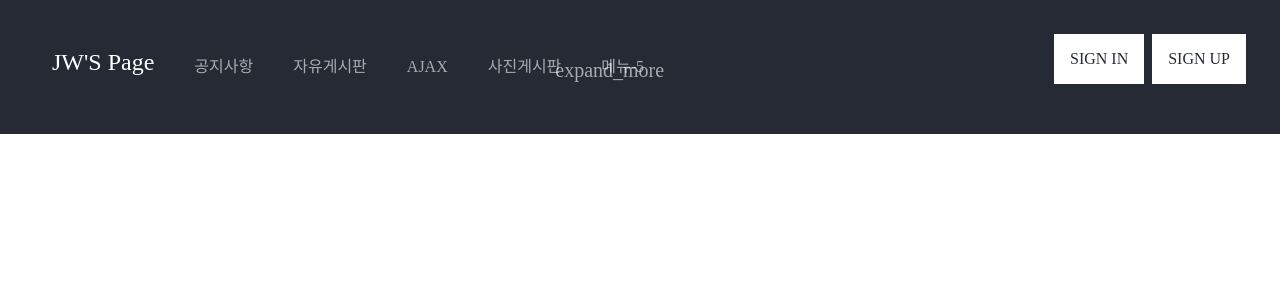
Repository: JWbase/Web_JAVA
Page: http://localhost/07_mvc2WebProject/photoList.do
The author's editor kept a copy of each file at every save. The page is drawn from the files as they stood at one save, then again after the next save.
The browser window is 1280 px wide. The pictures show the whole page.
Some web fonts or font styles are not loaded; a fallback is used. The page is served by Tomcat 9. Other server files are loaded and not shown. Queries for data that is not in the repository find no rows.

Above is the page before, as saved 2022-09-06 08:58:44.

### 07_mvc2WebProject/src/main/webapp/WEB-INF/views/photo/photoList.jsp
<%@ page language="java" contentType="text/html; charset=UTF-8"
    pageEncoding="UTF-8"%>
<!DOCTYPE html>
<html>
<head>
<meta charset="UTF-8">
<title>Insert title here</title>
</head>
<body>
	<%@include file="/WEB-INF/views/common/header.jsp" %>
</body>
</html>

### 07_mvc2WebProject/src/main/webapp/WEB-INF/views/common/header.jsp
<%@page import="kr.or.iei.member.model.vo.Member"%>
<%@ page language="java" contentType="text/html; charset=UTF-8"
	pageEncoding="UTF-8"%>
<%
Member m = (Member) session.getAttribute("m");
%>
<!-- 구글 아이콘 -->
<link href="https://fonts.googleapis.com/icon?family=Material+Icons"
	rel="stylesheet">
<!-- jquery -->
<script src="/js/jquery-3.6.0.js"></script>
<!-- 기본 CSS -->
<link rel="stylesheet" href="/css/default.css" />
<!-- 기본 js -->
<script src="/js/default.js"></script>
<header>
	<div class="site-logo">
		<a href="/">JW'S Page</a>
	</div>
	<nav>
		<ul class="navi">
			<li><a href="/noticeList.do?reqPage=1">공지사항</a></li>
			<li><a href="#">자유게시판</a></li>
			<li><a href="/ajax.do">AJAX</a></li>
			<li><a href="/photoList.do"">사진게시판</a></li>
			<li><a href="#">메뉴-5</a>
				<ul class="sub-navi">
					<li><a href="#">sub-1</a></li>
					<li><a href="#">sub-2</a></li>
					<li><a href="#">sub-3</a></li>
				</ul></li>
		</ul>
	</nav>
	<div class="header-link">
		<%
		if (m == null) {
		%>
		<button class="btn bc11 modal-open-btn" target="#login-modal">SIGN
			IN</button>
		<a class="btn bc11" href="/signupFrm.do">SIGN UP</a>
		<%
		} else {
		%>
		<%-- <a class="btn bc11" href="/mypage1.do"><%=m.getMemberName()%></a> --%>
		<a class="btn bc11" href="/mypage2.do?memberId=<%=m.getMemberId()%>"><%=m.getMemberName()%></a>
		<a class="btn bc11" href="/logout.do">LOGOUT</a>
		<%
		}
		%>
	</div>
</header>
<%
if (m == null) {
%>
<div id="login-modal" class="modal-bg">
	<div class="modal-wrap">
		<div class="modal-head">
			<h2>SIGN IN</h2>
			<span class="material-icons close-icon modal-close">close</span>
		</div>
		<form action="/signIn.do" method="post">
			<div class="modal-content">
				<div class="input-box">
					<label for="signId">아이디</label> <input type="text" name="signId"
						class="input-form" placeholder="아이디입력">
				</div>
				<div class="input-box">
					<label for="signPw">비밀번호</label> <input type="password"
						name="signPw" class="input-form" placeholder="비밀번호입력">
				</div>
				<div class="input-box link-box">
					<a href="#">아이디/비밀번호 찾기</a>
				</div>
			</div>
			<div class="modal-foot">
				<button type="submit" class="btn bc11">로그인</button>
				<button type="button" class="btn bc1 modal-close">취소</button>
			</div>
		</form>
	</div>
</div>
<%
}
%>

### 07_mvc2WebProject/src/main/java/kr/or/iei/photo/controller/PhotoListServlet.java
package kr.or.iei.photo.controller;

import java.io.IOException;

import javax.servlet.RequestDispatcher;
import javax.servlet.ServletException;
import javax.servlet.annotation.WebServlet;
import javax.servlet.http.HttpServlet;
import javax.servlet.http.HttpServletRequest;
import javax.servlet.http.HttpServletResponse;

import kr.or.iei.photo.model.service.PhotoService;

/**
 * Servlet implementation class PhotoListServlet
 */
@WebServlet(name = "PhotoList", urlPatterns = { "/photoList.do" })
public class PhotoListServlet extends HttpServlet {
	private static final long serialVersionUID = 1L;

	/**
	 * @see HttpServlet#HttpServlet()
	 */
	public PhotoListServlet() {
		super();
		// TODO Auto-generated constructor stub
	}

	/**
	 * @see HttpServlet#doGet(HttpServletRequest request, HttpServletResponse
	 *      response)
	 */
	protected void doGet(HttpServletRequest request, HttpServletResponse response)
			throws ServletException, IOException {
		// 1. 인코딩
		request.setCharacterEncoding("utf-8");

		// 2. 값추출
		// 3. 비즈니스로직
		PhotoService service = new PhotoService();
		int totalCount = service.totalCount();
		// 4. 결과처리
		RequestDispatcher view = request.getRequestDispatcher("/WEB-INF/views/photo/photoList.jsp");
		request.setAttribute("totalCount", totalCount);
		view.forward(request, response);
	}

	/**
	 * @see HttpServlet#doPost(HttpServletRequest request, HttpServletResponse
	 *      response)
	 */
	protected void doPost(HttpServletRequest request, HttpServletResponse response)
			throws ServletException, IOException {
		// TODO Auto-generated method stub
		doGet(request, response);
	}

}

### 07_mvc2WebProject/src/main/java/kr/or/iei/photo/model/service/PhotoService.java
package kr.or.iei.photo.model.service;

import java.sql.Connection;
import java.util.ArrayList;

import common.JDBCTemplate;
import kr.or.iei.photo.model.dao.PhotoDao;
import kr.or.iei.photo.model.vo.Photo;

public class PhotoService {
	private PhotoDao dao;

	public PhotoService() {
		super();
		dao = new PhotoDao();
	}

	public PhotoService(PhotoDao dao) {
		super();
		this.dao = dao;
	}

	public int totalCount() {
		Connection conn = JDBCTemplate.getConnection();
		int totalCount = dao.totalCount(conn);
		JDBCTemplate.close(conn);
		return totalCount;
	}

	public int insertPhoto(Photo p) {
		Connection conn = JDBCTemplate.getConnection();
		int result = dao.insertPhoto(conn, p);
		if (result > 0) {
			JDBCTemplate.commit(conn);
		} else {
			JDBCTemplate.rollback(conn);
		}
		JDBCTemplate.close(conn);
		return result;
	}

	public ArrayList<Photo> PhotoMore(int start, int amount) {
		Connection conn = JDBCTemplate.getConnection();
		int end = start + amount - 1;
		ArrayList<Photo> list = dao.morePhoto(conn, start, end);
		JDBCTemplate.close(conn);
		return list;
	}

}

### 07_mvc2WebProject/src/main/java/kr/or/iei/photo/model/dao/PhotoDao.java
package kr.or.iei.photo.model.dao;

import java.sql.Connection;
import java.sql.PreparedStatement;
import java.sql.ResultSet;
import java.sql.SQLException;
import java.util.ArrayList;

import common.JDBCTemplate;
import kr.or.iei.photo.model.vo.Photo;

public class PhotoDao {

	public PhotoDao() {
		super();
		// TODO Auto-generated constructor stub
	}

	public int totalCount(Connection conn) {
		PreparedStatement pstmt = null;
		ResultSet rset = null;
		int totalCount = 0;
		String query = "select count(*) as cnt from photo";
		try {
			pstmt = conn.prepareStatement(query);
			rset = pstmt.executeQuery();
			if (rset.next()) {
				totalCount = rset.getInt("cnt");
			}
		} catch (SQLException e) {
			// TODO Auto-generated catch block
			e.printStackTrace();
		} finally {
			JDBCTemplate.close(rset);
			JDBCTemplate.close(pstmt);
		}

		return totalCount;
	}

	public int insertPhoto(Connection conn, Photo p) {
		PreparedStatement pstmt = null;
		int result = 0;
		String query = "insert into photo values(photo_seq.nextval,?,?,?,?)";
		try {
			pstmt = conn.prepareStatement(query);
			pstmt.setString(1, p.getPhotoWriter());
			pstmt.setString(2, p.getPhotoTitle());
			pstmt.setString(3, p.getPhotoContent());
			pstmt.setString(4, p.getFilepath());
			result = pstmt.executeUpdate();
		} catch (SQLException e) {
			// TODO Auto-generated catch block
			e.printStackTrace();
		} finally {
			JDBCTemplate.close(pstmt);
		}
		return result;
	}

	public ArrayList<Photo> morePhoto(Connection conn, int start, int end) {
		PreparedStatement pstmt = null;
		ResultSet rset = null;
		ArrayList<Photo> list = new ArrayList<Photo>();
		String query = "select * from (select rownum as rnum, p.* from (select * from photo order by 1 desc)p) where rnum between ? and ?";
		try {
			pstmt = conn.prepareStatement(query);
			pstmt.setInt(1, start);
			pstmt.setInt(2, end);
			rset = pstmt.executeQuery();
			while (rset.next()) {
				Photo p = new Photo();
				p.setFilepath(rset.getString("filepath"));
				p.setPhotoContent(rset.getString("photo_content"));
				p.setPhotoNo(rset.getInt("photo_no"));
				p.setPhotoTitle(rset.getString("photo_title"));
				p.setPhotoWriter(rset.getString("photo_writer"));
				list.add(p);
			}
		} catch (SQLException e) {
			// TODO Auto-generated catch block
			e.printStackTrace();
		} finally {
			JDBCTemplate.close(rset);
			JDBCTemplate.close(pstmt);
		}
		return list;
	}

}

### 07_mvc2WebProject/src/main/java/common/JDBCTemplate.java
package common;

import java.sql.Connection;
import java.sql.DriverManager;
import java.sql.ResultSet;
import java.sql.SQLException;
import java.sql.Statement;

public class JDBCTemplate {

	// Connection 객체를 생성해서 리턴하는 메소드
	public static Connection getConnection() {
		Connection conn = null;
		try {
			Class.forName("oracle.jdbc.driver.OracleDriver");
			conn = DriverManager.getConnection("jdbc:oracle:thin:@127.0.0.1:1521:xe", "webserver", "1234");
			conn.setAutoCommit(false); // 자동으로 commit하는 기능 비활성화
		} catch (ClassNotFoundException e) {
			// TODO Auto-generated catch block
			e.printStackTrace();
		} catch (SQLException e) {
			// TODO Auto-generated catch block
			e.printStackTrace();
		}
		return conn;
	}

	public static void commit(Connection conn) {
		try {
			if (conn != null && !conn.isClosed()) {
				conn.commit();
			}
		} catch (SQLException e) {
			// TODO Auto-generated catch block
			e.printStackTrace();
		}
	} // commit 메소드 종료

	public static void rollback(Connection conn) {
		try {
			if (conn != null && !conn.isClosed()) {
				conn.rollback();
			}
		} catch (SQLException e) {
			// TODO Auto-generated catch block
			e.printStackTrace();
		}
	} // rollback 메소드 종료

	public static void close(Connection conn) {
		try {
			if (conn != null && !conn.isClosed()) {
				conn.close();
			}
		} catch (SQLException e) {
			// TODO Auto-generated catch block
			e.printStackTrace();
		}
	}

	public static void close(Statement pstmt) {
		try {
			if (pstmt != null && !pstmt.isClosed()) {
				pstmt.close();
			}
		} catch (SQLException e) {
			// TODO Auto-generated catch block
			e.printStackTrace();
		}
	}

	public static void close(ResultSet rset) {
		try {
			if (rset != null && !rset.isClosed()) {
				rset.close();
			}
		} catch (SQLException e) {
			// TODO Auto-generated catch block
			e.printStackTrace();
		}
	}
}

### 07_mvc2WebProject/src/main/webapp/css/default.css
/* 사용할 font 선언 */
@font-face {
  font-family: ns-thin;
  src: url(../font/NotoSansKR-Thin.otf);
}
@font-face {
  font-family: ns-light;
  src: url(../font/NotoSansKR-Light.otf);
}
@font-face {
  font-family: ns-m;
  src: url(../font/NotoSansKR-Medium.otf);
}
@font-face {
  font-family: ns-bold;
  src: url(../font/NotoSansKR-Bold.otf);
}
@font-face {
  font-family: ns-black;
  src: url(../font/NotoSansKR-Black.otf);
}
/*
    사이트 사용 색상
    balck : #252A34
    darkgray : #393E46
    lightgray : #EEEEEE
    dark-mint : #00ADB5
    mint : #08D9D6
    point-red : #FF2E63
    point-pink : #F85F73
    point-violet : #892CDC
*/
/* 전체태그 기본 margin, padding 제거 */
/* 기본 글씨 색 및 폰트 설정 */

* {
  margin: 0;
  padding: 0;
  color: #252a34;
  font-family: ns-m;
}
body {
  display: flex;
  flex-direction: column;
  min-height: 100vh;
}
/* 기본화면 레이아웃 */
a {
  text-decoration: none;
}
header {
  background-color: #252a34;
  padding: 32px;
  display: flex;
  min-width: 1200px;
}
header > *:not(.header-link) {
  float: left;
}
header > .site-logo {
  padding: 0px 20px;
}
header > .site-logo > a {
  color: #fff;
  font-family: ns-bold;
  font-size: 24px;
  line-height: 60px;
}
header > nav {
  flex-grow: 1;
}

header > nav > .navi {
  list-style-type: none;
}
header > nav > .navi > li {
  float: left;
  position: relative;
}
header > nav > .navi > li > a {
  display: block;
  color: rgba(255, 255, 255, 0.6);
  padding: 5px 20px;
  transition-duration: 0.5s;
  line-height: 60px;
}
header > nav > .navi > li:hover > a,
header > nav > .navi > li:hover > a + span {
  color: rgba(255, 255, 255, 1);
}
header > nav > .navi > li:hover > .sub-navi {
  display : block;
}
header > nav .sub-navi {
  position: absolute;
  background-color: #fff;
  list-style-type: none;
  display: none;
  border: 1px solid rgba(0, 0, 0, 0.2);
  left: 10px;
  min-width: 10rem;
}
header > nav .sub-navi > li {
  padding: 0.25rem 1rem;
}
header > nav .sub-navi > li > a {
  display: block;
}
header > nav .sub-navi > li:hover {
  background-color: rgba(0, 0, 0, 0.05);
}
.material-icons.dropdown {
  font-size: 20px;
  color: rgba(255, 255, 255, 0.6);
  position: absolute;
  right: 0px;
  top: 27px;
  transition-duration: 0.5s;
}
.material-icons.dropdown:hover {
  cursor: pointer;
}
.page-content {
  width: 1200px;
  margin: 30px auto;
  margin-bottom: 10px;
  flex-grow: 1;
}
.page-title {
  font-family: ns-bold;
  padding: 20px 0px;
  font-size: 1.5rem;
}
footer {
  padding: 50px;
  border-top: 1px solid #252a34;
}
footer > .footer-content {
  width: 1200px;
  margin: 0 auto;
  padding: 0px 10px;
}
footer > .footer-content * {
  font-size: 14px;
}
footer > .footer-content > ul {
  list-style-type: none;
  overflow: hidden;
  margin-bottom: 20px;
}
footer > .footer-content > ul > li {
  float: left;
}
footer > .footer-content > ul > li > a {
  padding-right: 20px;
}

/* font 클래스*/
.f-thin {
  font-family: ns-thin;
}
.f-light {
  font-family: ns-light;
}
.f-medium {
  font-family: ns-m;
}
.f-bold {
  font-family: ns-bold;
}
.f-black {
  font-family: ns-black;
}

/* 글씨 색 */
.fc-1 {
  color: #252a34;
}
.fc-2 {
  color: #393e46;
}
.fc-3 {
  color: #eeeeee;
}
.fc-4 {
  color: #00adb5;
}
.fc-5 {
  color: #08d9d6;
}
.fc-6 {
  color: #ff2e63;
}
.fc-7 {
  color: #f85f73;
}
.fc-8 {
  color: #892cdc;
}

/* 배경 색*/
.bg-1 {
  background-color: #252a34;
}
.bg-2 {
  background-color: #393e46;
}
.bg-3 {
  background-color: #eeeeee;
}
.bg-4 {
  background-color: #00adb5;
}
.bg-5 {
  background-color: #08d9d6;
}
.bg-6 {
  background-color: #ff2e63;
}
.bg-7 {
  background-color: #f85f73;
}
.bg-8 {
  background-color: #892cdc;
}

/* 테이블 디자인 */
.tbl {
  width: 100%;
  border-spacing: 0px;
  border-collapse: collapse;
}
.tbl th,
.tbl td {
  padding: 1rem;
  text-align: center;
}
.tbl .tr-1 {
  background-color: rgba(255, 255, 255, 1);
}
.tbl .tr-2 {
  background-color: rgba(57, 62, 70, 0.1);
}
.tbl .tr-3 {
  background-color: rgba(0, 173, 181, 0.1);
}
.tbl .tr-4 {
  background-color: rgba(137, 44, 220, 0.1);
}
.tbl .tr-5 {
  background-color: rgba(255, 46, 999, 0.1);
}
.tbl .td-1 {
  background-color: rgba(255, 255, 255, 1);
}
.tbl .td-2 {
  background-color: rgba(57, 62, 70, 0.1);
}
.tbl .td-3 {
  background-color: rgba(0, 173, 181, 0.1);
}
.tbl .td-4 {
  background-color: rgba(137, 44, 220, 0.1);
}
.tbl .td-5 {
  background-color: rgba(255, 46, 999, 0.1);
}
.tbl.tbl-hover .tr-1:hover {
  background-color: rgba(0, 0, 0, 0.05);
}
.tbl.tbl-hover .tr-2:hover {
  background-color: rgba(57, 62, 70, 0.15);
}
.tbl.tbl-hover .tr-3:hover {
  background-color: rgba(0, 173, 181, 0.15);
}
.tbl.tbl-hover .tr-4:hover {
  background-color: rgba(137, 44, 220, 0.15);
}
.tbl.tbl-hover .tr-5:hover {
  background-color: rgba(255, 46, 999, 0.15);
}

/* 버튼 디자인 */
.btn {
  border: none;
  padding: 1rem;
  display: inline-block;
  box-sizing: border-box;
  transition-duration: 0.5s;
  font-size: 16px;
  font-family: ns-light;
}
.bc1 {
  background-color: rgba(37, 42, 52, 0.9);
  color: #fff;
  border: 2px solid rgba(37, 42, 52, 0.9);
}
.bc1:hover {
  background-color: rgba(37, 42, 52, 1);
  cursor: pointer;
}
.bc2 {
  background-color: rgba(57, 62, 70, 0.9);
  color: #fff;
  border: 2px solid rgba(57, 62, 70, 0.9);
}
.bc2:hover {
  background-color: rgba(57, 62, 70, 1);
  cursor: pointer;
}
.bc3 {
  background-color: rgba(238, 238, 238, 0.9);
  color: #252a34;
  border: 2px solid rgba(238, 238, 238, 0.9);
}
.bc3:hover {
  background-color: rgba(238, 238, 238, 1);
  cursor: pointer;
}
.bc4 {
  background-color: rgba(0, 173, 181, 0.9);
  color: #fff;
  border: 2px solid rgba(0, 173, 181, 0.9);
}
.bc4:hover {
  background-color: rgba(0, 173, 181, 1);
  cursor: pointer;
}
.bc5 {
  background-color: rgba(8, 217, 214, 0.9);
  color: #fff;
  border: 2px solid rgba(8, 217, 214, 0.9);
}
.bc5:hover {
  background-color: rgba(8, 217, 214, 1);
  cursor: pointer;
}
.bc6 {
  background-color: rgba(255, 46, 99, 0.9);
  color: #fff;
  border: 2px solid rgba(255, 46, 99, 0.9);
}
.bc6:hover {
  background-color: rgba(255, 46, 99, 1);
  cursor: pointer;
}
.bc7 {
  background-color: rgba(248, 95, 115, 0.9);
  color: #fff;
  border: 2px solid rgba(248, 95, 115, 0.9);
}
.bc7:hover {
  background-color: rgba(248, 95, 115, 1);
  cursor: pointer;
}
.bc8 {
  background-color: rgba(137, 44, 220, 0.9);
  color: #fff;
  border: 2px solid rgba(137, 44, 220, 0.9);
}
.bc8:hover {
  background-color: rgba(137, 44, 220, 1);
  cursor: pointer;
}
.bc11 {
  color: rgba(37, 42, 52, 1);
  background-color: #fff;
  border: 2px solid rgba(37, 42, 52, 1);
}
.bc11:hover {
  background-color: rgba(37, 42, 52, 1);
  cursor: pointer;
  color: #fff;
}
.bc22 {
  color: rgba(57, 62, 70, 1);
  background-color: #fff;
  border: 2px solid rgba(57, 62, 70, 1);
}
.bc22:hover {
  background-color: rgba(57, 62, 70, 1);
  cursor: pointer;
  color: #fff;
}
.bc33 {
  color: rgba(37, 42, 52, 1);
  background-color: #fff;
  border: 2px solid rgba(238, 238, 238, 1);
}
.bc33:hover {
  background-color: rgba(238, 238, 238, 1);
  cursor: pointer;
  color: rgba(37, 42, 52, 1);
}
.bc44 {
  color: rgba(0, 173, 181, 1);
  background-color: #fff;
  border: 2px solid rgba(0, 173, 181, 1);
}
.bc44:hover {
  background-color: rgba(0, 173, 181, 1);
  color: #fff;
  cursor: pointer;
}
.bc55 {
  color: rgba(8, 217, 214, 1);
  background-color: #fff;
  border: 2px solid rgba(8, 217, 214, 1);
}
.bc55:hover {
  background-color: rgba(8, 217, 214, 1);
  color: #fff;
  cursor: pointer;
}
.bc66 {
  color: rgba(255, 46, 99, 1);
  background-color: #fff;
  border: 2px solid rgba(255, 46, 99, 1);
}
.bc66:hover {
  background-color: rgba(255, 46, 99, 1);
  color: #fff;
  cursor: pointer;
}
.bc77 {
  color: rgba(248, 95, 115, 1);
  background-color: #fff;
  border: 2px solid rgba(248, 95, 115, 1);
}
.bc77:hover {
  background-color: rgba(248, 95, 115, 1);
  color: #fff;
  cursor: pointer;
}
.bc88 {
  color: rgba(137, 44, 220, 1);
  background-color: #fff;
  border: 2px solid rgba(137, 44, 220, 1);
}
.bc88:hover {
  background-color: rgba(137, 44, 220, 1);
  color: #fff;
  cursor: pointer;
}
.bs1 {
  padding: 1rem;
}
.bs2 {
  padding: 1.5rem;
  font-size: 1.1em;
}
.bs3 {
  padding: 2rem;
  font-size: 1.2em;
}
.bs4 {
  width: 100%;
  padding: 2rem;
  font-size: 1.2em;
}
/* input 디자인 */
.input-form {
  width: 100%;
  display: block;
  padding: 0.8rem;
  background-color: #fff;
  outline: none;
  border: 1px solid #ccc;

  box-sizing: border-box;
}
.input-form:focus {
  box-shadow: 0 0 0 0.1rem #eee;
}

textarea.input-form {
  resize: none;
  min-height: 300px;
}
.input-form:read-only:not(select),
.input-form:disabled {
  background-color: #f7f7f9;
}
/* 페이징 디자인 */
.pagination {
  list-style-type: none;
  display: flex;
  justify-content: center;
  align-items: center;
}
.pagination > li {
  width: 40px;
  height: 40px;
  text-align: center;
  line-height: 40px;
  overflow: hidden;
}
.pagination.circle-style > li {
  border-radius: 50%;
}
.pagination > li > a.page-item {
  display: block;
  width: 100%;
  height: 100%;
  font-size: 18px;
}
.pagination > li > a.page-item > span.material-icons {
  display: block;
  width: 100%;
  height: 100%;
  line-height: 40px;
}
.pagination .page-item.active-page {
  background-color: #252a34;
  color: #fff;
}
/*게시물 표현*/
.posting-wrap {
  display: flex;
  flex-wrap: wrap;
}
.posting-wrap .posting-item {
  box-sizing: border-box;
  width: calc(100% / 5);
  padding: 20px;
}
.posting-wrap .posting-item .posting-img img {
  width: 100%;
  height: 200px;
}
.posting-wrap .posting-item .posting-content {
  width: 80%;
  margin: 0 auto;
}
.posting-wrap .posting-item:hover {
  box-shadow: 0 2px 10px 0 rgba(0, 0, 0, 0.2);
}
/* 댓글 */
.posting-comment {
  display: flex;
  border-top: 2px solid #ccc;

  list-style-type: none;
}
.posting-comment > li {
  box-sizing: border-box;
}
.posting-comment > li:first-child {
  width: 15%;
  display: flex;
  justify-content: center;
  align-items: center;
  min-height: 100px;
  border-right: 1px solid #ccc;
}
.posting-comment.reply > li:first-child {
  width: 20%;
}
.posting-comment > li:first-child .material-icons {
  font-size: 80px;
  color: #ccc;
}
.posting-comment.reply > li:first-child .material-icons:first-child {
  font-size: 40px;
  color: #ccc;
}
.posting-comment.reply > li:last-child {
  display: flex;
  flex-direction: column;
  width: 80%;
}
.posting-comment > li:last-child {
  display: flex;
  flex-direction: column;
  width: 85%;
}
.posting-comment > li:last-child > p {
  width: 100%;
  padding: 5px;
  box-sizing: border-box;
}
.posting-comment > li:last-child > .comment-info > span {
  padding: 0px 10px;
}
.posting-comment > li:last-child > .comment-info > span:not(:last-child) {
  border-right: 2px solid #ccc;
}
.posting-comment > li:last-child > .comment-content {
  padding: 0px 15px;
}
.posting-comment > li:last-child > .comment-link {
  text-align: right;
}
.posting-comment > li:last-child > .comment-link > a {
  margin: 0px 5px;
}
.posting-comment > li:last-child > .comment-link > a:hover {
  text-decoration: underline;
}

/*모달*/
.modal-bg {
  background-color: rgba(0, 0, 0, 0.3);
  position: fixed;
  width: 100%;
  height: 100vh;
  display: none;
  align-items: center;
  flex-direction: column;
}
.modal-wrap {
  margin-top: 150px;
  width: 600px;
  background: #fff;
  height: auto;
}
.modal-wrap div {
  padding: 1rem;
}
.modal-wrap div:not(:last-child) {
  border-bottom: 1px solid #ccc;
}
.modal-wrap .modal-foot {
  text-align: right;
}
.modal-wrap div.modal-head {
  position: relative;
}
.close-icon {
  position: absolute;
  top: 16px;
  right: 16px;
  font-size: 30px;
}
.close-icon:hover {
  cursor: pointer;
}

### 07_mvc2WebProject/src/main/webapp/js/default.js
$(function () {
  $(document).on("click", ".modal-open-btn", function () {
    $($(this).attr("target")).css("display", "flex");
  });
  $(document).on("click", ".modal-close", function () {
    $(this).parents(".modal-wrap").parent().css("display", "none");
  });
  $(".sub-navi").prev().after("<span class='material-icons dropdown'>expand_more</span>");
});
function alertFunc(icon){
	swal({
        title: '제목',
        text: '내용내용내용',
        icon: icon
      });
      //이후 페이지 이동 시 추가
      /*
      .then(function(){
    	 window.location = "${loc}";
      });
      */
}

### 07_mvc2WebProject/src/main/webapp/WEB-INF/views/common/footer.jsp
<%@ page language="java" contentType="text/html; charset=UTF-8"
	pageEncoding="UTF-8"%>
<footer>
	<div class="footer-content">
		<ul>
			<li><a href="#">이용약관</a></li>
			<li><a href="#">개인정보취급방침</a></li>
			<li><a href="#">인재채용</a></li>
			<li><a href="#">제휴문의</a></li>
			<li><a href="#">인스타그램</a></li>
		</ul>
		<p>Made by LeeYunSu</p>
		<p>KH정보교육원 당산지원 A강의장 수업자료입니다. 무단복제를 허용하지 않습니다.</p>
	</div>
</footer>

Loaded but not shown: 07_mvc2WebProject/src/main/webapp/js/jquery-3.6.0.js (library)

After the next save:
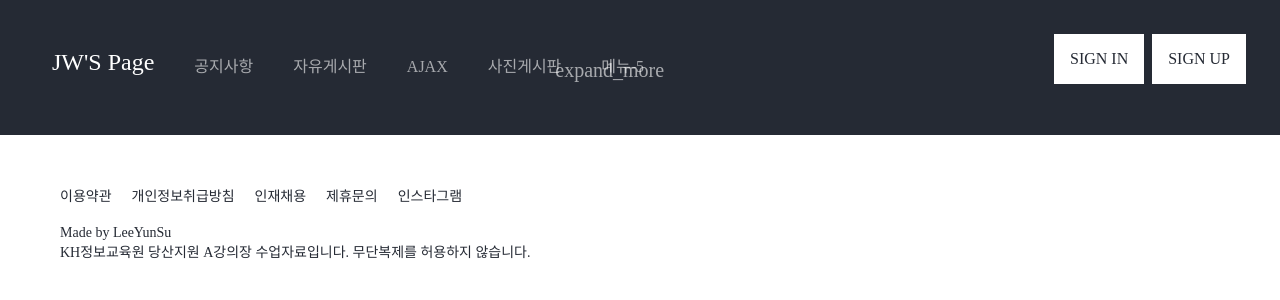
Saved 6 s later.
--- a/07_mvc2WebProject/src/main/webapp/WEB-INF/views/photo/photoList.jsp
+++ b/07_mvc2WebProject/src/main/webapp/WEB-INF/views/photo/photoList.jsp
@@ -8,5 +8,6 @@
 </head>
 <body>
 	<%@include file="/WEB-INF/views/common/header.jsp" %>
+	<%@include file="/WEB-INF/views/common/footer.jsp" %>
 </body>
 </html>
